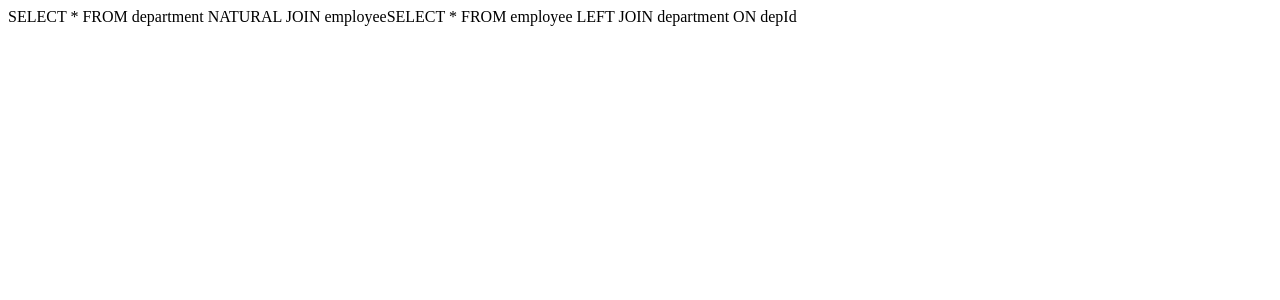
Repository: maliking/making
Page: http://localhost/practice.php
The author's editor kept a record of every edit. The page is drawn from the files as they stood at one moment, then again after the next edit.
The browser window is 1280 px wide. The pictures show the whole page.
The page is run by PHP 8.4 with error messages shown; the project is at /var/www/html/. Queries for data that is not in the repository find no rows.

Above is the page before.

### practice.php
<?php
// $letters = array("A","B","C");


// echo "<pre>";
// print_r($letters);
// echo "</pre>";

// $letters[2] = "E";

// echo "<pre>";
// print_r($letters);
// echo "</pre>";

// array_push($letters,"I");

// echo "<pre>";
// print_r($letters);
// echo "</pre>";

// $letters[] = "F";

// echo "<pre>";
// print_r($letters);
// echo "</pre>";

// $message = "Good";
// function displayGreeting() {
//     $greeting = $message . "morning";
//     echo $greeting;
// }

// displayGreeting();

// $letters = array("a", "b", "c", "d", "e");
// function displayLetters () {
//     print_r($letters);
//     if ($letters[0] == "a")
//         echo "The letter is A";
//     else
//         echo "The letter is not an A";
// }
// displayLetters();

// echo $_POST["lName"] . " " . $_POST["fName"];

include 'dbConnection.php';
$conn = getDatabaseConnection();

$sql = "SELECT * FROM department NATURAL JOIN employee";
$stmt = $conn -> prepare($sql);
$stmt -> execute();
$records = $stmt -> fetchAll(PDO::FETCH_ASSOC);

echo "SELECT * FROM department NATURAL JOIN employee";
foreach ($records as $record){
    echo "<pre>";
    print_r($record);
     echo "</pre>";
}

$sql = "SELECT * FROM employee LEFT JOIN department ON depId";
$stmt = $conn -> prepare($sql);
$stmt -> execute();
$records = $stmt -> fetchAll(PDO::FETCH_ASSOC);

echo "SELECT * FROM employee LEFT JOIN department ON depId";

foreach ($records as $record){
    echo "<pre>";
    print_r($record);
     echo "</pre>";
}
?>

<!--<form type="POST">-->
<!--    <input type="text" name="fName">-->
<!--    <input type="text" name="lName">-->
<!--    <input type="submit">-->
<!--</form>-->

### dbConnection.php
<?php
function getDatabaseConnection($dbname="quotes") {
    // cloud9
    $host = 'localhost';
    $username = 'root';
    $password = '';

    //using different database variables in Heroku
    if  (strpos($_SERVER['HTTP_HOST'], 'herokuapp') !== false) {
        $url = parse_url(getenv("CLEARDB_DATABASE_URL"));
        $host = $url["host"];
        $dbname = substr($url["path"], 1);
        $username = $url["user"];
        $password = $url["pass"];
    }

    $conn = new PDO("mysql:host=$host;dbname=$dbname", $username, $password);
    $conn->setAttribute(PDO::ATTR_ERRMODE, PDO::ERRMODE_EXCEPTION);

    return $conn;
}
?>

After the next edit:
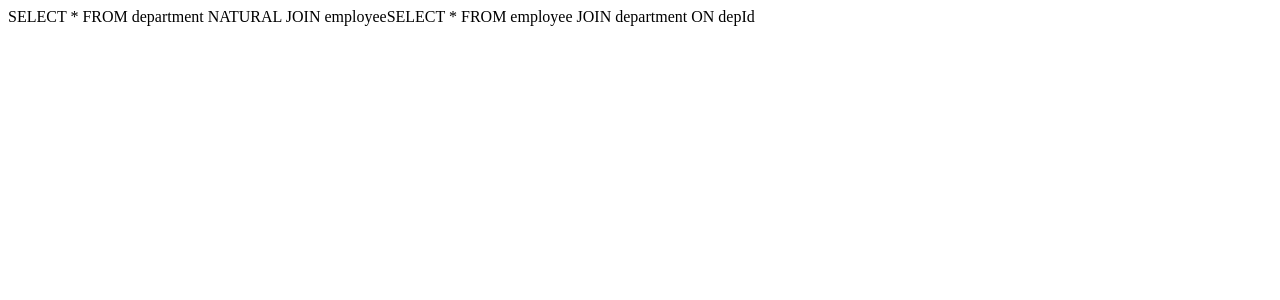
The edit:
--- a/practice.php
+++ b/practice.php
@@ -64,7 +64,7 @@
 $stmt -> execute();
 $records = $stmt -> fetchAll(PDO::FETCH_ASSOC);
 
-echo "SELECT * FROM employee LEFT JOIN department ON depId";
+echo "SELECT * FROM employee JOIN department ON depId";
 
 foreach ($records as $record){
     echo "<pre>";
